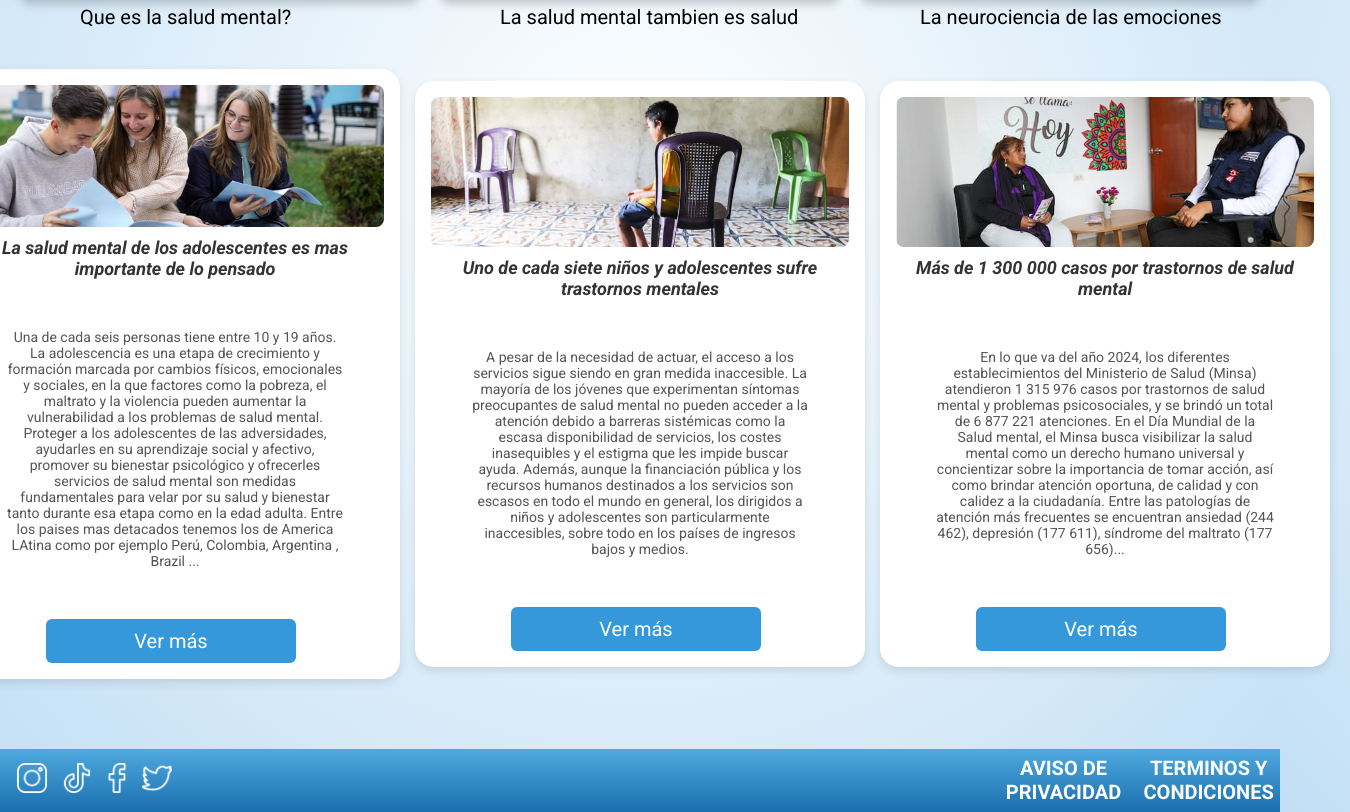
Repository: ChristianAvilesS/PsychoMind
Page: public/contenidoEducativo.html
These files come from the project's save history. The page is drawn as it stood at one moment and after the next save; the edit follows.
The browser window is 1280 px wide. The page is 1350 px wide, so the pictures cover 1350 px, including what lies to the right of the window. The pictures show the part of the page from y = 450 to 1262 px (the page is 1262 px tall before and 1246 px after).
Some web fonts or font styles are not loaded; a fallback is used. Some web libraries are served in a nearby version.

Above is the page before, as saved 2025-04-20 18:36:14.

### public/contenidoEducativo.html
<!DOCTYPE html>
<html lang="en">
    <head>
        <meta charset="UTF-8" />
        <meta http-equiv="X-UA-Compatible" content="IE=edge" />
        <meta name="viewport" content="width=device-width, initial-scale=1.0" />
        <link rel="preconnect" href="https://fonts.googleapis.com" />
        <link rel="preconnect" href="https://fonts.gstatic.com" crossorigin />
        <link
            href="https://fonts.googleapis.com/css2?family=Climate+Crisis&family=Roboto:wght@300;500&display=swap"
            rel="stylesheet" />
        <link rel="stylesheet" href="assets/styles/styles_header_footer.css" />
        <link rel="stylesheet" href="assets/styles/styles_home.css" />
        <link rel="stylesheet" href="assets/styles/contenidoEducativo.css"/>
        <script src="https://kit.fontawesome.com/829f2fe815.js" crossorigin="anonymous"></script>
        <title>Psycho-Mind</title>
        <link rel="icon" href="favicon.ico" />
    </head>

    <body>
        <header class="header">
            <div class="navbar">
                <div class="logo"><img src="assets/images/logo.svg" alt="" /></div>
                <ul class="links">
                    <li><a href="index.html" class="var-link">Inicio</a></li>
                    <li><a href=" nosotros.html" class="var-link">Nosotros</a></li>
                    <li><a href="membresias.html" class="var-link">Membresías</a></li>
                    <li><a href="evaluaciones.html" class="var-link">Evaluaciones</a></li>
                    <li><a href="citas.html" class="var-link">Citas</a></li>
                    <li><a href="contenidoEducativo.html" class="var-link">Contenido Educativo</a></li>
                </ul>
                <a href="contacto.html" class="action_btn var-link">Contacto</a>
                <div class="toggle_btn">
                    <i class="fa-solid fa-bars"></i>
                </div>
            </div>
            <div class="dropdown_menu">
                <li><a href="index.html" class="var-link">Inicio</a></li>
                <li><a href="nosotros.html" class="var-link">Nosotros</a></li>
                <li><a href="membresias.html" class="var-link">Membresías</a></li>
                <li><a href="evaluaciones.html" class="var-link">Evaluaciones</a></li>
                <li><a href="citas.html" class="var-link">Citas</a></li>
                <li><a href="contenidoEducativo.html" class="var-link">Citas</a></li>
                <li><a href="contacto.html" class="action_btn var-link">Contenido Educativo</a></li>
            </div>
        </header>

        <main>
          <div class="contenedor-principal">
            <div class="videos">
              <div class="video">
                <iframe
                  src="https://www.youtube.com/embed/sFfxExoU2Kw"
                  frameborder="0"
                  allow="accelerometer; autoplay; clipboard-write; encrypted-media; gyroscope; picture-in-picture"
                  allowfullscreen>
                </iframe>
                <p>Que es la salud mental?</p>
              </div>
              <div class="video">
                <iframe
                  src="https://www.youtube.com/embed/vm2z2GfoZ2k"
                  frameborder="0"
                  allow="accelerometer; autoplay; clipboard-write; encrypted-media; gyroscope; picture-in-picture"
                  allowfullscreen>
                </iframe>
                <p>La salud mental tambien es salud</p>
              </div>
              <div class="video">
                <iframe
                  src="https://www.youtube.com/embed/TjqrualxgkI"
                  frameborder="0"
                  allow="accelerometer; autoplay; clipboard-write; encrypted-media; gyroscope; picture-in-picture"
                  allowfullscreen>
                </iframe>
                <p>La neurociencia de las emociones</p>
              </div>
            </div>

            <!-- Sección de noticias (vertical) -->
            <div class="noticias">
              <div class="noticia-card">

                <img class="noticia-imagen" src="assets/images/CE1.png" alt="Imagen de la noticia">
                <h3 class="noticia-titulo">La salud mental de los adolescentes es mas importante de lo pensado</h3>
                <p class="noticia-descripcion">
                  Una de cada seis personas tiene entre 10 y 19 años. La adolescencia es una etapa de crecimiento y formación marcada por cambios físicos, emocionales y sociales, en la que factores como la pobreza, el maltrato y la violencia pueden aumentar la vulnerabilidad a los problemas de salud mental. Proteger a los adolescentes de las adversidades, ayudarles en su aprendizaje social y afectivo, promover su bienestar psicológico y ofrecerles servicios de salud mental son medidas fundamentales para velar por su salud y bienestar tanto durante esa etapa como en la edad adulta.
                  Entre los paises mas detacados tenemos los de America LAtina como por ejemplo Perú, Colombia, Argentina , Brazil ...
                </p>
                <button class="noticia-vermas">Ver más</button>
              </div>
              <div class="noticia-card">

                <img class="noticia-imagen" src="assets/images/CE2.png" alt="Imagen de la noticia">
                <h3 class="noticia-titulo">Uno de cada siete niños y adolescentes sufre trastornos mentales</h3>
                <p class="noticia-descripcion">
                  A pesar de la necesidad de actuar, el acceso a los servicios sigue siendo en gran medida inaccesible.

                  La mayoría de los jóvenes que experimentan síntomas preocupantes de salud mental no pueden acceder a la atención debido a barreras sistémicas como la escasa disponibilidad de servicios, los costes inasequibles y el estigma que les impide buscar ayuda.

                  Además, aunque la financiación pública y los recursos humanos destinados a los servicios son escasos en todo el mundo en general, los dirigidos a niños y adolescentes son particularmente inaccesibles, sobre todo en los países de ingresos bajos y medios.

                  </p>
                <button class="noticia-vermas" >Ver más</button>
              </div>
              <div class="noticia-card">

                <img class="noticia-imagen" src="assets/images/CE3.png" alt="Imagen de la noticia">
                <h3 class="noticia-titulo">Más de 1 300 000 casos  por trastornos de salud mental </h3>
                <p class="noticia-descripcion">
                  En lo que va del año 2024, los diferentes establecimientos del Ministerio de Salud (Minsa) atendieron 1 315 976 casos por trastornos de salud mental y problemas psicosociales, y se brindó un total de 6 877 221 atenciones.

                  En el Día Mundial de la Salud mental, el Minsa busca visibilizar la salud mental como un derecho humano universal y concientizar sobre la importancia de tomar acción, así como brindar atención oportuna, de calidad y con calidez a la ciudadanía.

                  Entre las patologías de atención más frecuentes se encuentran ansiedad (244 462), depresión (177 611), síndrome del maltrato (177 656)...   </p>
                <button class="noticia-vermas">Ver más</button>
              </div>
            </div>
          </div>


        </main>
    </body>
    <footer class="footer">
        <div id="redes">
            <a href="#">
                <img id="ig" src="assets/images/instagram.png" width="30px" alt="Instagram" />
            </a>
            <a href="#">
                <img id="tiktok" src="assets/images/tik-tok.png" width="30px" alt="TikTok" />
            </a>
            <a href="#">
                <img id="fb" src="assets/images/facebook.png" width="30px" alt="Facebook" />
            </a>
            <a href="#">
                <img id="twitter" src="assets/images/twitter.png" width="30px" alt="Twitter" />
            </a>
        </div>
        <div id="privacidad-terminos">
            <a href="#" id="privacidad">AVISO DE PRIVACIDAD</a>
            <a href="#">TERMINOS Y CONDICIONES</a>
        </div>
    </footer>

    <!--JAVASCRIPT-->
    <script src="assets/javascript/header.js"></script>
    <script src="assets/javascript/sessions.js"></script>
</html>

### public/assets/styles/styles_header_footer.css
@import url('https://fonts.googleapis.com/css2?family=Roboto:ital,wght@0,100;0,300;0,400;0,500;0,700;0,900;1,100;1,300;1,400;1,500;1,700;1,900&display=swap');

* {
    box-sizing: border-box;
    padding: 0;
    margin: 0;
    font-family: 'Roboto', sans-serlf;
    font-size: 20px;
}

/*HEADER NAVBAR*/
.header {
    position: relative;
    padding: 1rem 2rem;
    /* background-color: #1A6FAC; */
    background-image: linear-gradient(to bottom, #1a6fac, #50a9e0);
}

li {
    list-style: none;
}

a {
    font-weight: 700;
    text-decoration: none;
    color: #fff;
    font-size: 1rem;
}

.header .navbar a:hover {
    color: #7FD8E6;
}


.navbar {
    width: 100%;
    height: 60px;
    max-width: 1200px;
    margin: 0 auto;
    display: flex;
    align-items: center;
    justify-content: space-between;
}

.navbar .logo a {
    font-size: 1.5rem;
    font-weight: bold;
}


.navbar .links {
    display: flex;
    gap: 2rem;
}

.header .navbar .toggle_btn {
    color: #fff;
    font-size: 1.5rem;
    cursor: pointer;
    display: none;
}

.action_btn {
    background-color: #50a9e0;
    color: #fff;
    padding: 0.5rem 1rem;
    border: none;
    outline: none;
    border-radius: 20px;
    font-size: 0.8rem;
    font-weight: bold;
    cursor: pointer;
}

.action_btn:hover {
    scale: 1.05;
    background-color: #274B92;
}

.action_btn:active {
    scale: 0.95;
}

/*DROPDOWN MENU*/
.dropdown_menu {
    position: absolute;
    z-index: 5;
    right: 2rem;
    top: 60px;
    height: 0;
    width: 300px;
    background: rgba(255, 255, 255, 0.1);
    backdrop-filter: blur(15px);
    border-radius: 10px;
    overflow: hidden;
    display: none;
    transition: height .2s cubic-bezier(0.175, 0.885, 0.32, 1.275);
}

.dropdown_menu.open {
    height: 265px;
}

.dropdown_menu li {
    padding: 0.7rem;
    display: flex;
    align-items: center;
    justify-content: center;
}

.dropdown_menu .action_btn {
    width: 100%;
    display: flex;
    justify-content: center;
}


/*RESPONSIVE DESIGN*/

@media (max-width: 1024px) {
    #redes {
        margin-bottom: 1.5%;
    }
}

@media (max-width: 992px) {

    .navbar .links,
    .navbar .action_btn {
        display: none;
    }

    .header .navbar .toggle_btn,
    .dropdown_menu {
        display: block;
    }

    .dropdown_menu a {
        text-decoration: none;
        color: #000;
        /*PARA QUE SE VEA MÁS ESTETICOO*/
        font-size: 1rem;
    }


}

body {
    min-height: 100vh;
    display: flex;
    flex-direction: column;
    background-image: radial-gradient(circle, #fff, #c2dff5);
}

main {
    flex-grow: 1;
}

/*FOOTER*/
.footer {
    /* background-color: #1A6FAC; */
    background-image: linear-gradient(to top, #1a6fac, #50a9e0);
    color: #fff;
    padding: 7.5px 0;
    display: flex;
    justify-content: center;
    flex-wrap: wrap;
    gap: 65%;
}

#redes img {
    width: 30px;
    height: 30px;
    filter: invert(100%);
}

#redes {
    display: flex;
    align-items: center;
    /* margin-left: 30px; */
    /* margin-right: 50%; */
}

#ig {
    margin-right: 15px;
}

#redes img:hover {
    animation-name: img-hover;
    animation-duration: 0.85s;
    animation-iteration-count: infinite;
    animation-timing-function: linear;
}

@keyframes img-hover {
    50% {
        transform: scale(1.2);
    }

    100% {
        transform: scale(1);
    }
}


#tiktok {
    margin-right: 10px;
}

#fb {
    margin-right: 10px;
}

#privacidad-terminos {
    color: #FFF;
    text-align: center;
    font-family: Roboto;
    font-size: 13.5px;
    font-style: normal;
    font-weight: 700;
    line-height: normal;
    display: flex;
    align-items: center;
    gap: 20px;
    /* width: 10%; */
}

#privacidad-terminos a {
    display: flex;
    width: 120px;
    /* padding-right: 20px; */
}

#logo {
    margin: 0 0 0 35.5px;
}

### public/assets/styles/styles_home.css
* {
    padding: 0;
    margin: 0;
    font-family: 'Roboto', sans-serlf;
}

main {
    display: flex;
    flex-direction: column;
    align-items: center;
    gap: 60px;
    margin: 30px 0;
    position: relative;
}

h1 {
    color: #274B92;
    font-family: Roboto;
    font-size: 75px;
    font-style: normal;
    font-weight: 700;
    /* margin: 30px 0 5% 0; */
}

h2 {
    color: #274B92;
    text-align: center;
    font-family: Roboto;
    font-size: 40px;
    font-style: normal;
    font-weight: 400;
    /* margin: 0 0 6.5% 0; */
}

h3 {
    color: #1D95C8;
    text-align: center;
    font-family: Roboto;
    font-size: 35px;
    font-style: italic;
    font-weight: 300;
}

button {
    border-radius: 11px;
    background: #1D95C8;
    width: 20%;
    min-width: 250px;
    padding: 1% 2.5%;
    /* height: 73px; */
    /* margin: 6% 0 0 42.5%; */
}

button a {
    color: #FFF;
    text-align: center;
    font-family: Roboto;
    font-size: 35px;
    font-style: normal;
    font-weight: 700;
    text-decoration: none;
}

#register {
    width: 100%;
    font-size: 25px;
    /* margin: 1% 0 30px 39.9%; */
}

h2 a {
    text-decoration: none;
    font-family: Roboto;
    color: #274B92;
    font-style: italic;
    font-weight: bold;
    font-size: 25px;
}

#welcome {
    /* width: 729px; */
    width: 40%;
    /* margin: 0 5% 0 31%; */
}

#lema {
    /* width: 750px; */
    width: 40%;
    /* margin: 3% 5% 0 31%; */

}

#img1 {
    position: absolute;
    top: 5%;
    left: 0%;
    width: 12%;
}

#img2 {
    position: absolute;
    bottom: 0%;
    left: 0%;
    width: 20%;
}

#img3 {
    width: 12%;
    position: absolute;
    top: 5%;
    right: 0%;
}

#img4 {
    width: 20%;
    position: absolute;
    right: 0%;
    bottom: 0%;
}

#img1,
#img2,
#img3,
#img4 {
    animation-name: aparecer;
    animation-duration: 1.25s;
    animation-timing-function: linear;
}

.descargas h2 {
    color: #1281b7;
    font-weight: 520;
}

.descargas-img {
    margin-top: 5%;
    display: flex;
    justify-content: center;
    align-items: center;
    gap: 10%;
}

.descargas-img img {
    width: 35%;
    object-fit: contain;
}

@keyframes aparecer {
    0% {
        opacity: 0;
    }

    100% {
        opacity: 1;
    }
}


@media (max-width: 375px) {
    h1 {
        font-size: 35px !important;
    }

    h2 {
        font-size: 25px !important;
    }

    h3 {
        font-size: 22.5px !important;

    }
}


@media (max-width: 620px) {
    h1 {
        font-size: 45px;
    }

    h2 {
        font-size: 35px;
        width: 100%;
    }

    h3 {
        font-size: 25px;
        width: 90% !important;
    }

    button a {
        font-size: 25px;
    }

    #register {
        font-size: 20px;
        width: 100%;
    }

    #img1,
    #img3,
    #img2,
    #img4 {
        display: none;
    }

    /*     #img1,
    #img3 {
        z-index: -10;
        width: 30%;
        top: 50%;
    } */
}

@media (max-width: 768px) {
    h2 {
        width: 100% !important;
    }

    #img2,
    #img4 {
        display: none;
    }

    #img1,
    #img3 {
        z-index: -10;
        width: 22.5%;
        top: 50%;
    }
}

### public/assets/styles/contenidoEducativo.css
.contenedor-principal {
  display: flex;
  flex-direction: column;
  align-items: center;
  padding: 40px 20px;
}

.videos {
  display: flex;
  gap: 20px;
  margin-bottom: 40px;
  flex-wrap: wrap;
  justify-content: center;
}
.video p{
  padding-left: 60px;
}

.video iframe {
  width: 400px;
  height: 280px;
  border-radius: 10px;
  box-shadow: 0 4px 10px rgba(0, 0, 0, 0.2);
}

.noticias {
  display: flex;
  justify-content: space-evenly;
  gap: 15px;
  align-items: center;
}



.noticia:hover {
  background-color: #2980b9;
}
.noticia-card {
  width: 450px;
  background-color: #ffffff;
  border-radius: 19px;
  box-shadow: 0 4px 10px rgba(0, 0, 0, 0.1);
  padding: 16px;
  text-align: center;
  display: flex;
  flex-direction: column;
  gap: 10px;
}

.noticia-titulo {
  font-size: 18px;
  font-weight: bold;
  color: #333;
  margin: 0;
}

.noticia-imagen {
  width: 100%;
  height: auto;
  border-radius: 8px;
}

.noticia-descripcion {
  font-size: 14px;
  padding: 40px;
  color: #555;
}

.noticia-vermas {
  margin-left: 80px;
  padding: 10px;
  background-color: #3498db;
  color: white;
  border: none;
  border-radius: 6px;
  cursor: pointer;
  transition: background 0.3s ease;
}

.noticia-vermas:hover {
  background-color: #2980b9;
}

### public/assets/javascript/header.js
const toggleBtn = document.querySelector('.toggle_btn');
const toggleBtnIcon = document.querySelector('.toggle_btn i');
const dropDownMenu = document.querySelector('.dropdown_menu');

toggleBtn.addEventListener('click', function () {
    dropDownMenu.classList.toggle('open');
    const isOpen = dropDownMenu.classList.contains('open');

    toggleBtnIcon.classList = isOpen ? 'fa-solid fa-xmark' : 'fa-solid fa-bars';
});

### public/assets/javascript/sessions.js
var idUsuario = 0;
const queryString = window.location.search;
const params = {};
queryString.split('&').forEach((pair) => {
    const [key, value] = pair.split('=');
    params[key] = decodeURIComponent(value);
});
if (Object.keys(params).indexOf('?id') !== -1) {
    idUsuario = parseInt(params['?id']);
}

function ocultarElementos() {
    const ocultables = document.getElementsByClassName('hideable');
    for (var elem of ocultables) {
        if (idUsuario !== 0) {
            elem.hidden = true;
        }
    }
}

function ocultarEvaluaciones() {
    if (idUsuario === 0) return;
    fetch('assets/javascript/data/usuarios.json')
        .then((response) => response.json())
        .then((value) => {
            const ocultables = document.getElementsByClassName('hideable-membership');
            let membresia = '';
            for (var u of value) {
                if (u.idUsuario === parseInt(idUsuario)) {
                    membresia = u.tipoMembresia;
                    break;
                }
            }

            var minimos = ['Gratuito', 'Gratuito', 'Platino', 'Platino'];

            for (var elem of ocultables) {
                elem.hidden = true;
                var minimo = minimos[parseInt(elem.id.substring(1)) - 1];
                console.log(minimo);
                if (minimo === 'Gratuito') {
                    elem.hidden = false;
                } else if (
                    minimo !== 'Gratuito' &&
                    (membresia === 'Platino' || membresia === 'Golden')
                ) {
                    elem.hidden = false;
                } else if (minimo === 'Golden' && membresia === 'Golden') {
                    elem.hidden = false;
                }
            }
        });
}

function agregarParametros() {
    if (idUsuario === 0) return;
    var links = document.getElementsByClassName('var-link');
    for (var elem of links) {
        elem.href += '?id=' + params['?id'];
    }
}

ocultarElementos();
ocultarEvaluaciones();
agregarParametros();

After the next save:
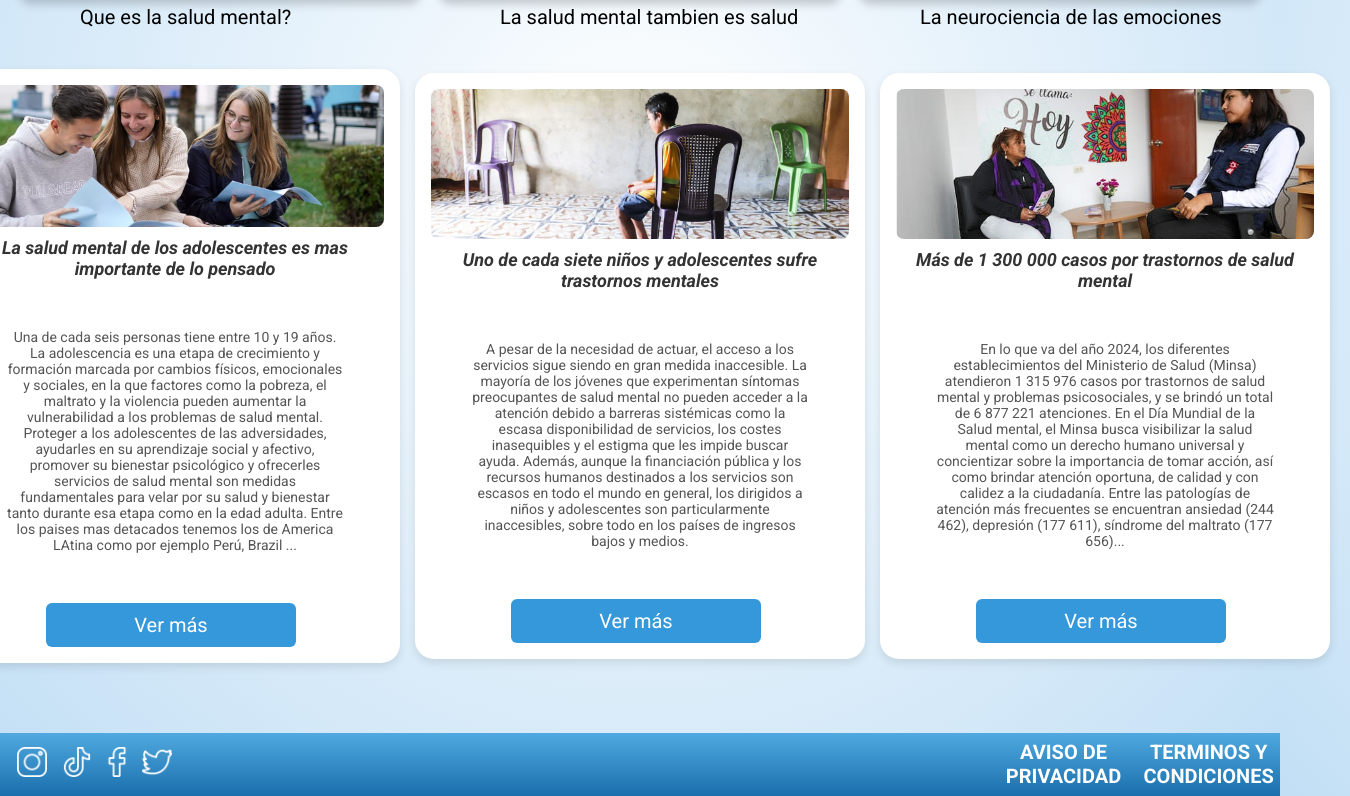
Saved 87 s later.
--- a/public/contenidoEducativo.html
+++ b/public/contenidoEducativo.html
@@ -85,7 +85,7 @@
                 <h3 class="noticia-titulo">La salud mental de los adolescentes es mas importante de lo pensado</h3>
                 <p class="noticia-descripcion">
                   Una de cada seis personas tiene entre 10 y 19 años. La adolescencia es una etapa de crecimiento y formación marcada por cambios físicos, emocionales y sociales, en la que factores como la pobreza, el maltrato y la violencia pueden aumentar la vulnerabilidad a los problemas de salud mental. Proteger a los adolescentes de las adversidades, ayudarles en su aprendizaje social y afectivo, promover su bienestar psicológico y ofrecerles servicios de salud mental son medidas fundamentales para velar por su salud y bienestar tanto durante esa etapa como en la edad adulta.
-                  Entre los paises mas detacados tenemos los de America LAtina como por ejemplo Perú, Colombia, Argentina , Brazil ...
+                  Entre los paises mas detacados tenemos los de America LAtina como por ejemplo Perú, Brazil ...
                 </p>
                 <button class="noticia-vermas">Ver más</button>
               </div>
